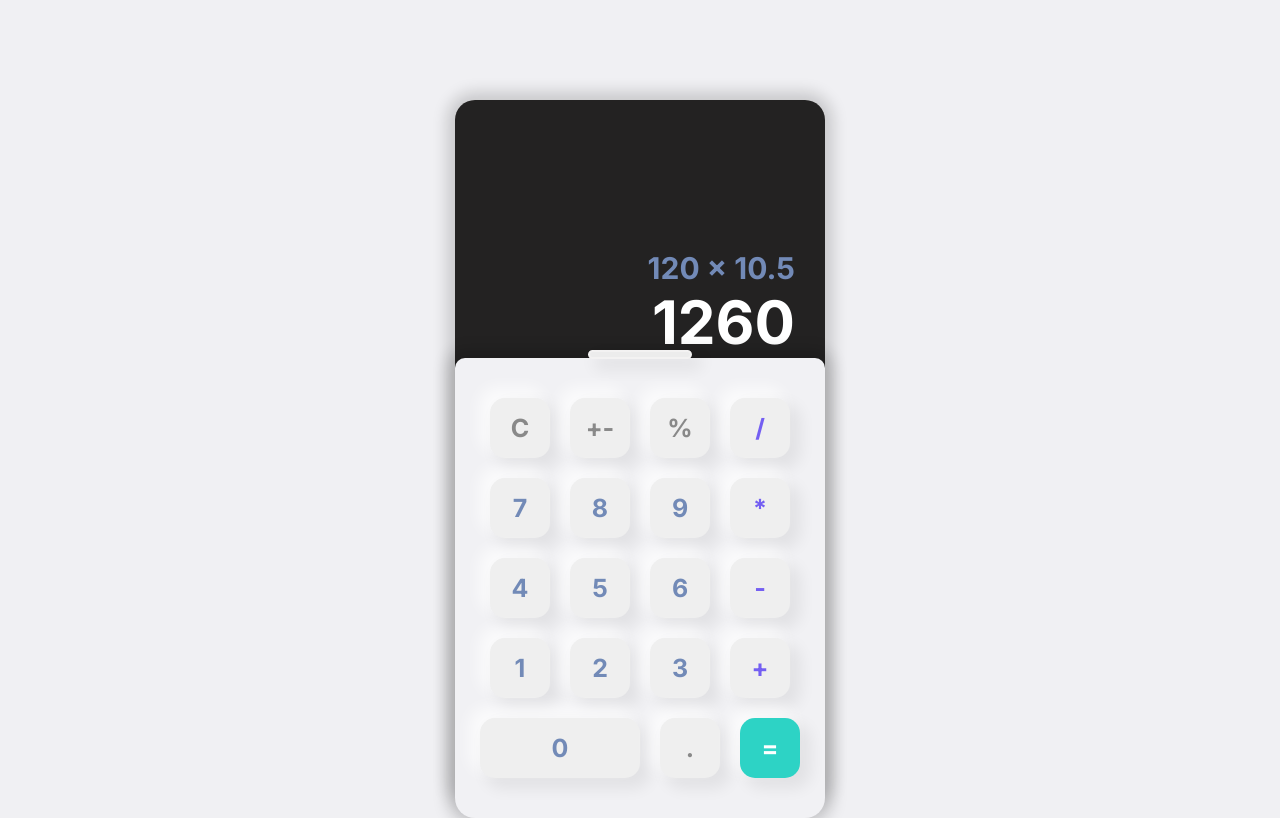
Repository: BrunoBross/calculator
Page: index.html
The author's editor kept a copy of each file at every save. The page is drawn from the files as they stood at one save, then again after a run of saves.
The browser window is 1280 px wide. The pictures show the whole page.

Above is the page before, as saved 2021-12-01 00:02:42.

### index.html
<!DOCTYPE html>
<html lang="en">
<head>
  <meta charset="UTF-8">
  <meta http-equiv="X-UA-Compatible" content="IE=edge">
  <meta name="viewport" content="width=device-width, initial-scale=1.0">
  <title>Calculator</title>
  <link rel="stylesheet" href="./style.css">
  <link rel="preconnect" href="https://fonts.googleapis.com">
  <link rel="preconnect" href="https://fonts.gstatic.com" crossorigin>
  <link href="https://fonts.googleapis.com/css2?family=Inter:wght@400;500;700&display=swap" rel="stylesheet">
</head>
<body>
  <main>
    <div class="calculator">
      <div class="view">
        <span id="history">120 x 10.5</span>
        <span id="result">1260</span>
      </div>
      <div class="buttons">
        <div id="effect"></div>
        <button class="extra" id="reset">C</button>
        <button class="extra" id="moreless">+-</button>
        <button class="extra" id="percent">%</button>
        <button class="operator" id="division">/</button>
        <button class="number" id="seven">7</button>
        <button class="number" id="eight">8</button>
        <button class="number" id="nine">9</button>
        <button class="operator" id="multiply">*</button>
        <button class="number" id="four">4</button>
        <button class="number" id="five">5</button>
        <button class="number" id="six">6</button>
        <button class="operator" id="less">-</button>
        <button class="number" id="one">1</button>
        <button class="number" id="two">2</button>
        <button class="number" id="three">3</button>
        <button class="operator" id="plus">+</button>
        <button class="number" id="zero">0</button>
        <button class="extra" id="dot">.</button>
        <button class="equals" id="equals">=</button>
      </div>
    </div>
    <div class="frufrus">
      <div class="small-square"></div>
      <div class="square"></div>
      <div class="small-circle"></div>
      <div class="circle"></div>
    </div>
  </main>
</body>
<script src="./script.js"></script>
</html>

### style.css
*{
  padding: 0;
  margin: 0;
  font-family: 'Inter', sans-serif;
  font-weight: 700;
}

body{
  background-color: #F0F0F3;
}

main{
  display: flex;
  justify-content: center;
  margin-top: 100px;
}

.calculator{
  background-color: #232222;
  display: flex;
  flex-direction: column;
  width: 370px;
  height: 700px;
  border-radius: 20px;
  box-shadow: 0 0 15px 8px #0000002a;
}

.view{
  display: flex;
  flex-direction: column;
  align-items: flex-end;
  height: 150px;
  margin-top: 150px;
  margin-right: 30px;
}

.view > span{
  color: #FFF;
  font-size: 60px;
}

#history{
  font-size: 30px;
  color: #728AB7;
}

.buttons{
  padding-top: 40px;
  padding-bottom: 40px;
  background-color: #F1F1F4;
  display: flex;
  justify-content: center;
  flex-wrap: wrap;
  gap: 20px;
  border-radius: 10px 10px 20px 20px;
  box-shadow: 0 0 15px 8px #0000002a;
}

.buttons > button{
  box-shadow: 8px 8px 15px 3px #00000010, -8px -8px 15px 3px #ffffffb0;
  border: none;
  height: 60px;
  width: 60px;
  border-radius: 15px;
  cursor: pointer;
  transition: 0.3s;
  font-size: 25px;
}

button:hover{
  background-color: #cccccc;
}

.equals:hover{
  background-color: #28a59a;
}

#zero{
  width: 160px;
}

.number{
  color: #728AB7;
}

.operator{
  color: #745FF2;
}

.equals{
  color: white;
  background-color: #2DD3C5;
}

.extra{
  color: #898989;
}

#effect{
  background-color: rgb(236, 236, 236);
  border: 2px solid #f3f2f2;
  border-radius: 5px;
  box-shadow: 8px 8px 15px 3px #00000010;
  height: 5px;
  width: 100px;
  position: absolute;
  top: 350px;
}

.frufrus{
  height: 100%;
}

.small-square{
  height: 250px;
  width: 200px;
  position: absolute;
  border-radius: 15px;
  top: 160px;
  left: 120px;
  box-shadow: 8px 8px 15px 3px #0000001c, -8px -8px 15px 3px #ffffff;}

.square{
  height: 300px;
  width: 300px;
  position: absolute;
  border-radius: 15px;
  top: 100px;
  right: 200px;
  box-shadow: 8px 8px 15px 3px #0000001c, -8px -8px 15px 3px #ffffff;}

.small-circle{
  height: 200px;
  width: 200px;
  position: absolute;
  border-radius: 50%;
  bottom: 100px;
  right: 140px;
  box-shadow: 8px 8px 15px 3px #0000001c, -8px -8px 15px 3px #ffffff;
}

.circle{
  height: 300px;
  width: 300px;
  position: absolute;
  border-radius: 50%;
  bottom: -80px;
  left: 140px;
  box-shadow: 8px 8px 15px 3px #0000001c, -8px -8px 15px 3px #ffffff;
}

@media only screen and (max-width: 1600px) {
  .frufrus{
    display: none;
  }
}

Loaded but not shown: script.js (no copy from this time; the picture is the same without it)

After the next 2 saves:
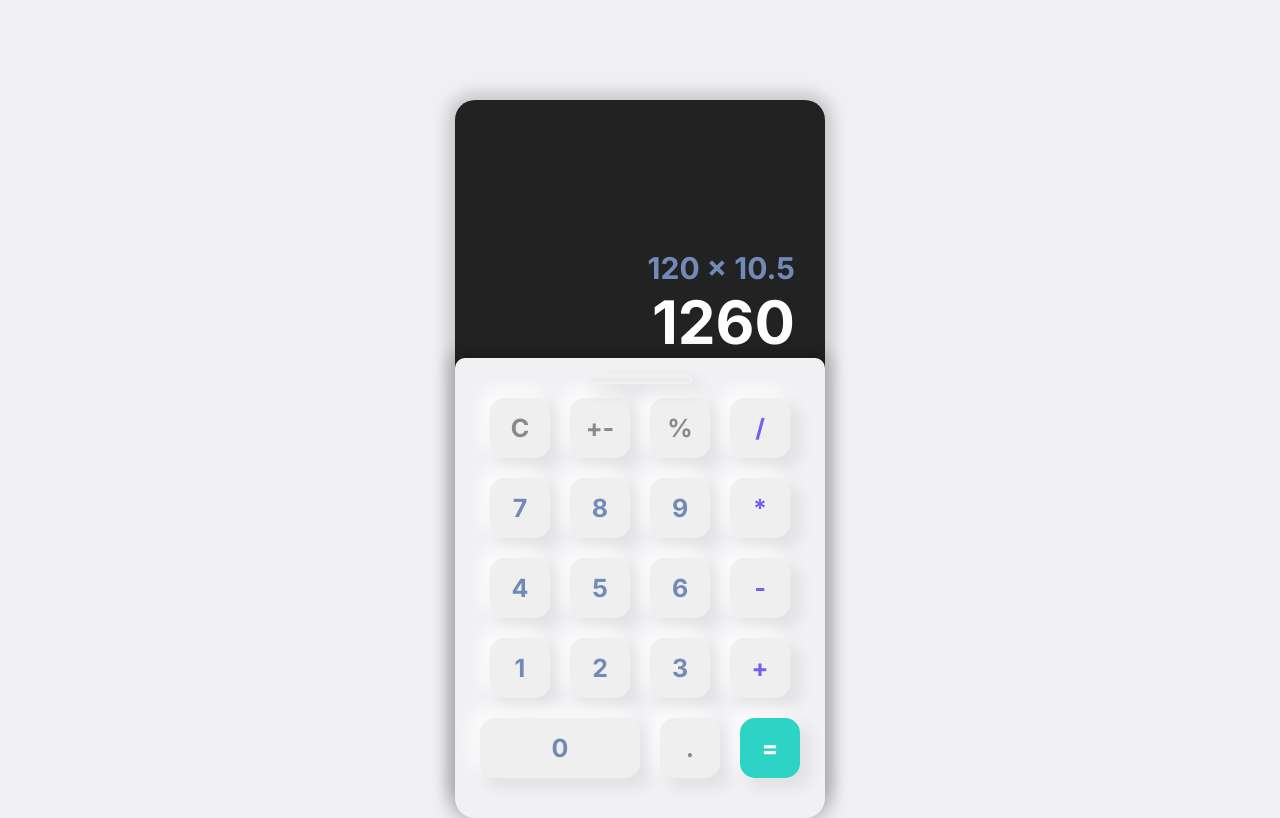
The 2 saves are shown as one change because they came seconds apart.
The last was saved 17 s later.
--- a/style.css
+++ b/style.css
@@ -104,7 +104,7 @@ button:hover{
   height: 5px;
   width: 100px;
   position: absolute;
-  top: 350px;
+  top: 375px;
 }
 
 .frufrus{
